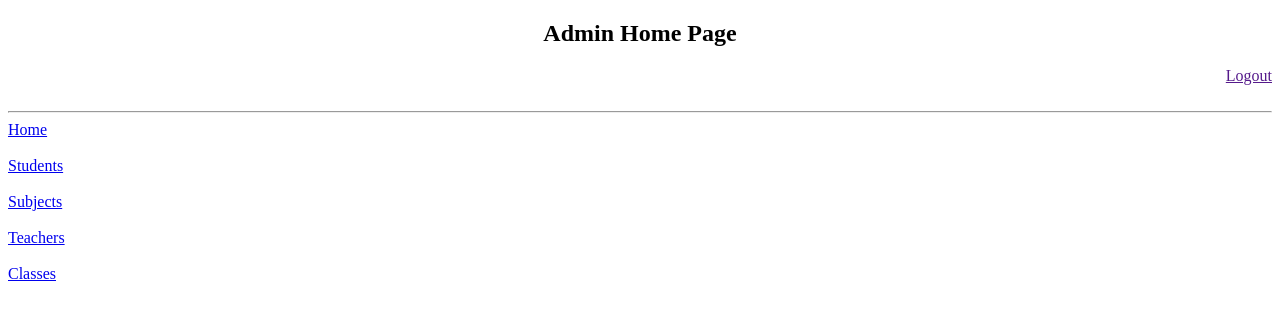
Repository: mdzeyan/JavaFSD-phase2-project
Page: Learners_Academy/src/main/webapp/AdminHome.html
The author's editor kept a copy of each file at every save. The page is drawn from the files as they stood at one save, then again after the next save.
The browser window is 1280 px wide. The pictures show the whole page.

Above is the page before, as saved 2022-03-29 11:03:09.

### Learners_Academy/src/main/webapp/AdminHome.html
<!DOCTYPE html>
<html>
<head>
<meta charset="ISO-8859-1">
<title>Insert title here</title>
</head>
<body>

	<h2 align="center">Admin Home Page</h2>
	<div align="right"><a href="">Logout</a></div>
	<br>
	<hr></hr>
	<a href="Home.html">Home</a>
	<br><br>
	<a href="Students.html">Students</a>
	<br><br>
	<a href="Subjects.html">Subjects</a>
	<br><br>
	<a href="Teachers.html">Teachers</a>
	<br><br>
	<a href="Classes.html">Classes</a>


</body>
</html>

After the next save:
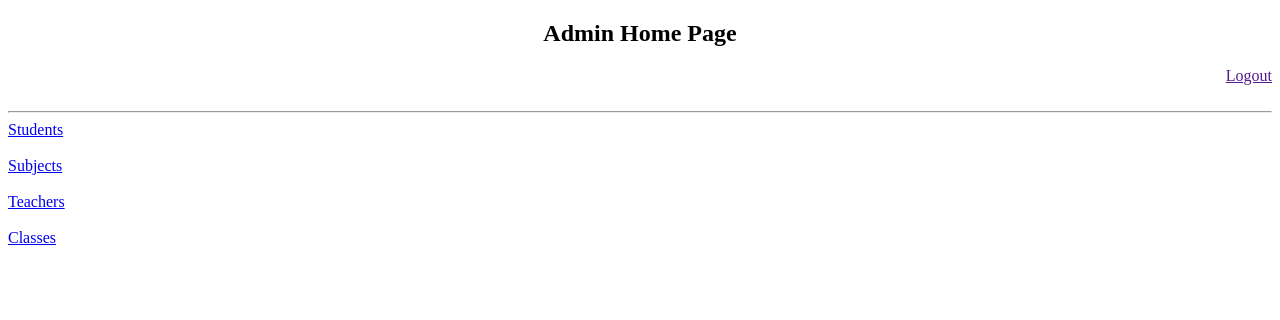
Saved 69 s later.
--- a/Learners_Academy/src/main/webapp/AdminHome.html
+++ b/Learners_Academy/src/main/webapp/AdminHome.html
@@ -10,8 +10,6 @@
 	<div align="right"><a href="">Logout</a></div>
 	<br>
 	<hr></hr>
-	<a href="Home.html">Home</a>
-	<br><br>
 	<a href="Students.html">Students</a>
 	<br><br>
 	<a href="Subjects.html">Subjects</a>
